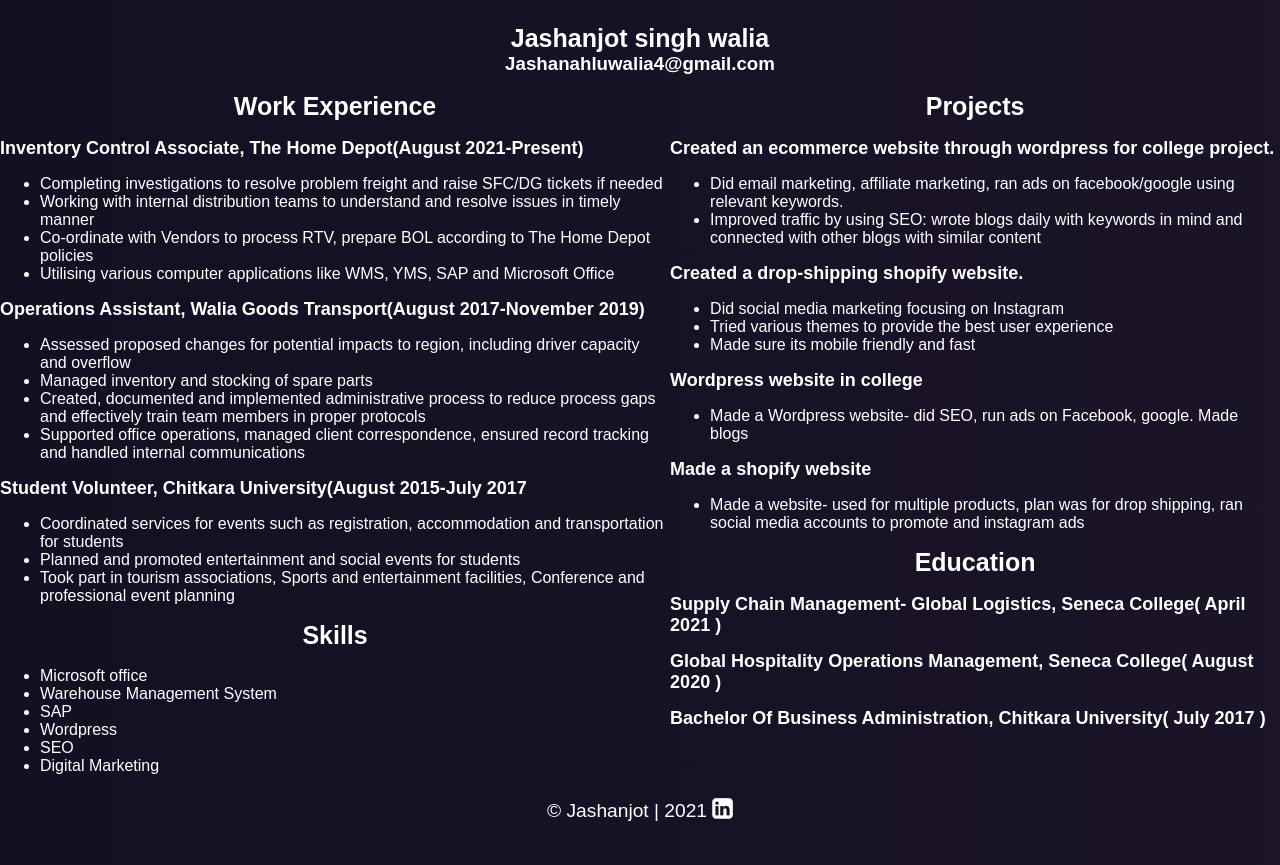
Repository: jashn13/portfolio
Page: index.html
An editor plug-in stored every save of this project. The page is shown before and after the next save, followed by the edit.
The browser window is 1280 px wide. The pictures show the whole page.

Above is the page before, as saved 2021-11-13 09:09:27.

### index.html
<!DOCTYPE html>
<html>
  <head>
    <link
      rel="stylesheet"
      href="https://cdnjs.cloudflare.com/ajax/libs/font-awesome/4.7.0/css/font-awesome.min.css"
    />
    <style>
      .heading {
        margin: auto;
        text-align: center;
      }
      h1 {
        text-align: center;
        font-size: 25px;
      }
      h2 {
        text-align: left;
        font-size: 18px;
      }

      body {
        margin: 24px 0px;
        font-family: Arial;
        color: white;
        -webkit-font-smoothing: antialiased;
        -moz-osx-font-smoothing: grayscale;
        background-image: linear-gradient(
          to left,
          rgb(27 20 41),
          rgb(20 15 35)
        );
        background-repeat: no-repeat;
        background-size: cover;
        background-position: 50% 50%;
      }
      a {
        color: inherit;
      }

      .centered {
        position: absolute;
        top: 50%;
        left: 50%;
        transform: translate(-50%, -50%);
        text-align: center;
      }
      footer {
        position: relative;

        height: 50px;
        width: 100%;
      }

      p.copyright {
        position: absolute;
        width: 100%;
        color: #fff;
        font-size: 1.2em;
        text-align: center;
        bottom: 0;
      }
    </style>
  </head>
  <h2>
    <h1 class="heading">Jashanjot singh walia</h1>
    <h3 class="heading">Jashanahluwalia4@gmail.com</h3>
    <div style="display: flex;">
      <div class="split left">
        <h1>Work Experience</h1>
        <h2>
          Inventory Control Associate, The Home Depot(August 2021-Present)
        </h2>
        <ul>
          <li>
            Completing investigations to resolve problem freight and raise
            SFC/DG tickets if needed
          </li>
          <li>
            Working with internal distribution teams to understand and resolve
            issues in timely manner
          </li>
          <li>
            Co-ordinate with Vendors to process RTV, prepare BOL according to
            The Home Depot policies
          </li>
          <li>
            Utilising various computer applications like WMS, YMS, SAP and
            Microsoft Office
          </li>
        </ul>
        <h2>
          Operations Assistant, Walia Goods Transport(August 2017-November 2019)
        </h2>
        <ul>
          <li>
            Assessed proposed changes for potential impacts to region, including
            driver capacity and overflow
          </li>
          <li>Managed inventory and stocking of spare parts</li>
          <li>
            Created, documented and implemented administrative process to reduce
            process gaps and effectively train team members in proper protocols
          </li>
          <li>
            Supported office operations, managed client correspondence, ensured
            record tracking and handled internal communications
          </li>
        </ul>

        <h2>Student Volunteer, Chitkara University(August 2015-July 2017</h2>
        <ul>
          <li>
            Coordinated services for events such as registration, accommodation
            and transportation for students
          </li>
          <li>
            Planned and promoted entertainment and social events for students
          </li>
          <li>
            Took part in tourism associations, Sports and entertainment
            facilities, Conference and professional event planning
          </li>
        </ul>
        <h1>Skills</h1>
        <ul>
          <li>Microsoft office</li>
          <li>Warehouse Management System</li>
          <li>SAP</li>
          <li>Wordpress</li>
          <li>SEO</li>
          <li>Digital Marketing</li>
        </ul>
      </div>

      <div class="split right">
        <h1>Projects</h1>
        <h2>
          Created an ecommerce website through wordpress for college project.
        </h2>
        <ul>
          <li>
            Did email marketing, affiliate marketing, ran ads on facebook/google
            using relevant keywords.
          </li>
          <li>
            Improved traffic by using SEO: wrote blogs daily with keywords in
            mind and connected with other blogs with similar content
          </li>
        </ul>

        <h2>Created a drop-shipping shopify website.</h2>
        <ul>
          <li>Did social media marketing focusing on Instagram</li>
          <li>Tried various themes to provide the best user experience</li>
          <li>Made sure its mobile friendly and fast</li>
        </ul>
        <h2>Wordpress website in college</h2>

        <ul>
          <li>
            Made a Wordpress website- did SEO, run ads on Facebook, google. Made
            blogs
          </li>
        </ul>
        <h2>Made a shopify website</h2>
        <ul>
          <li>
            Made a website- used for multiple products, plan was for drop
            shipping, ran social media accounts to promote and instagram ads
          </li>
        </ul>
        <h1>Education</h1>
        <h2>
          Supply Chain Management- Global Logistics, Seneca College( April 2021
          )
        </h2>
        <h2>
          Global Hospitality Operations Management, Seneca College( August 2020
          )
        </h2>
        <h2>
          Bachelor Of Business Administration, Chitkara University( July 2017 )
        </h2>
      </div>
    </div>
    <footer>
      <p class="copyright">
        © Jashanjot | 2021
        <a href="https://linkedin.com/in/jashanjot-singh-walia" target="_blank"
          ><i
            class="fa fa-linkedin-square"
            style="font-size:24px;cursor: icon;"
          ></i
        ></a>
      </p>
    </footer>
  </h2>
</html>

After the next save:
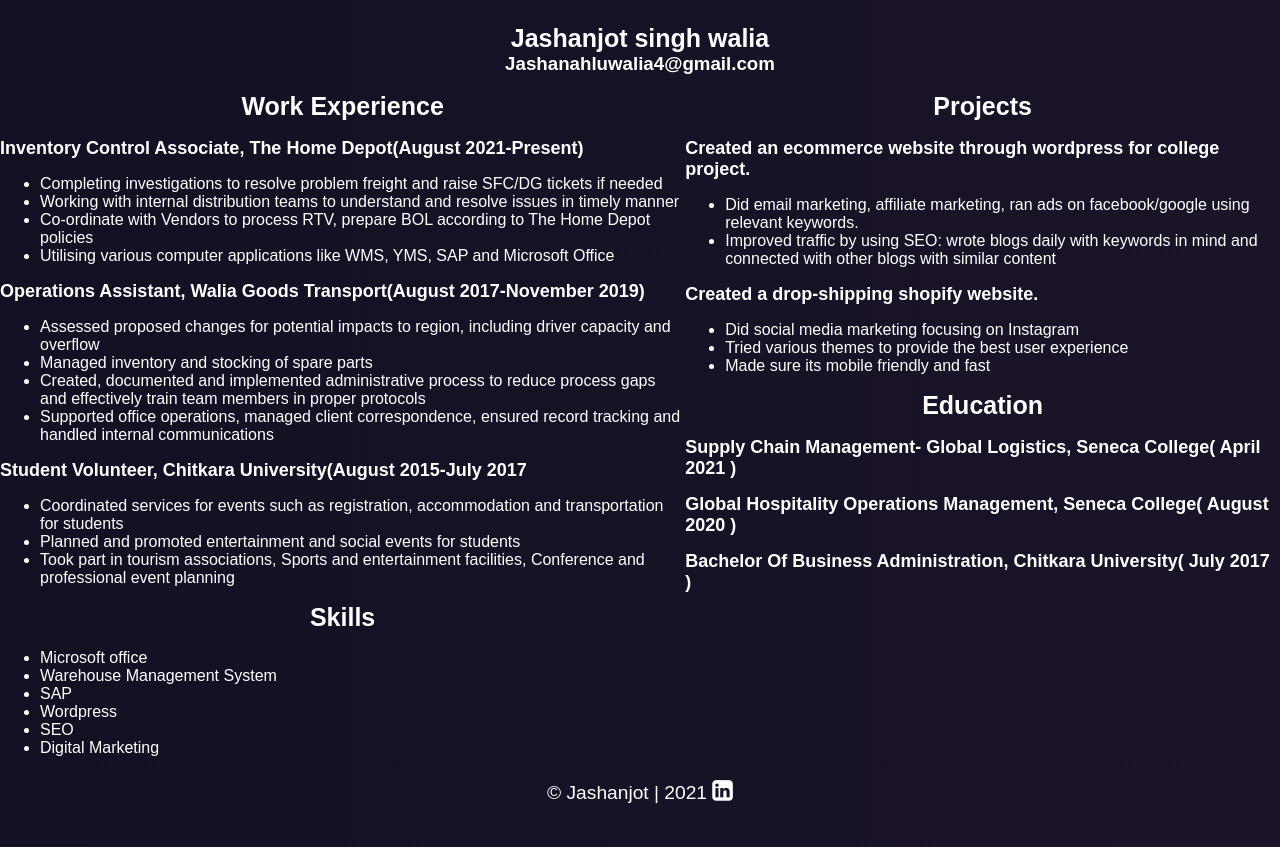
Saved 4 min 13 s later.
--- a/index.html
+++ b/index.html
@@ -155,21 +155,7 @@
           <li>Tried various themes to provide the best user experience</li>
           <li>Made sure its mobile friendly and fast</li>
         </ul>
-        <h2>Wordpress website in college</h2>
 
-        <ul>
-          <li>
-            Made a Wordpress website- did SEO, run ads on Facebook, google. Made
-            blogs
-          </li>
-        </ul>
-        <h2>Made a shopify website</h2>
-        <ul>
-          <li>
-            Made a website- used for multiple products, plan was for drop
-            shipping, ran social media accounts to promote and instagram ads
-          </li>
-        </ul>
         <h1>Education</h1>
         <h2>
           Supply Chain Management- Global Logistics, Seneca College( April 2021
